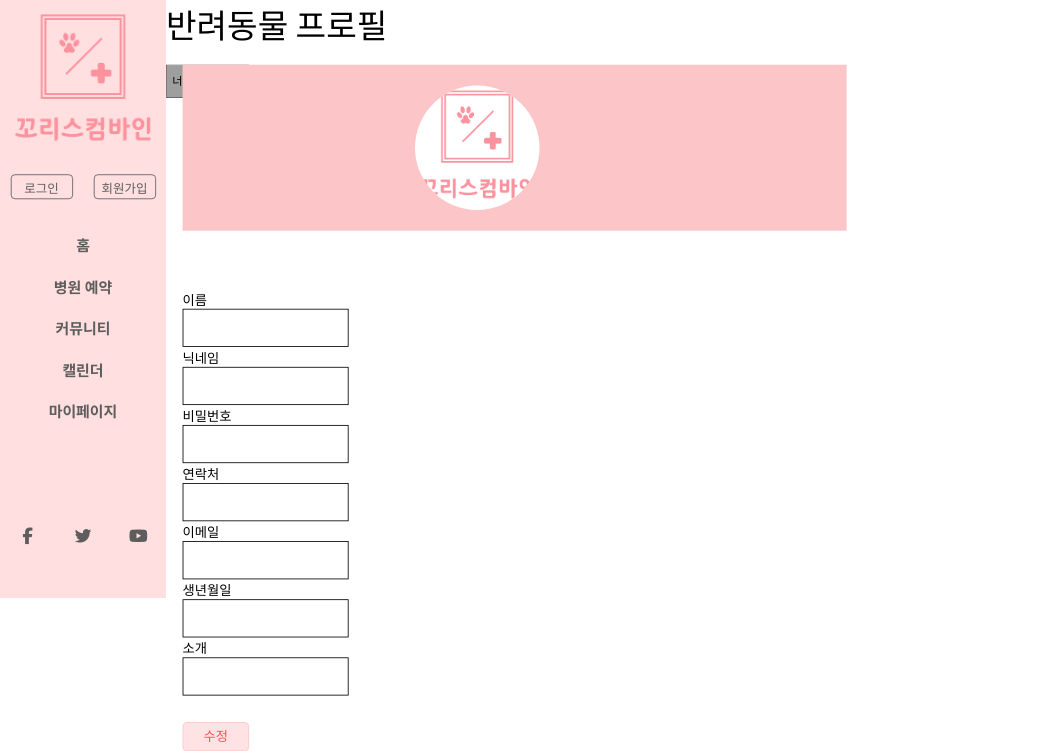
Repository: dodnam/kkoris
Page: http://localhost/1_kkoris/profile2.jsp
The author's editor kept a copy of each file at every save. The page is drawn from the files as they stood at one save, then again after the next save.
The browser window is 1280 px wide. The pictures show the whole page, at 83% of full size.
Pictures or frames that could not be fetched are drawn as grey boxes. Some web libraries are served in a nearby version. The page is served by Tomcat 9.

Above is the page before, as saved 2020-02-18 00:35:10.

### 1_kkoris/WebContent/profile2.jsp
<%@ page language="java" contentType="text/html; charset=UTF-8"
    pageEncoding="UTF-8"%>
<!DOCTYPE html>
<html>
<head>
<meta charset="UTF-8">
<title>Insert title here</title>
<link rel="stylesheet" type="text/css" href="<%= request.getContextPath() %>/css/index.css"/>
<link rel="stylesheet" type="text/css" href="<%= request.getContextPath() %>/css/layout.css"/>
<style>
	.box_con{left:20px; width:800px; height:200px; background-color:#fcc6c9; position:absolute;}
	.box{width: 150px; height:150px; border-radius:70%; overflow:hidden; background-color:#fff;margin-top:25px;margin-left:280px;}
	.profile{width: 100%; height:100%; object-fit:cover; display:block; margin:0px auto;}
	.userTitle{font-size:40px; text-align:left; top:30px;}
	.submit{line-height: 30px; text-align: center; background-color: #ffe3e4; color:#ff4e59;border: 1px solid #fcc6c9; border-radius: 5px; width: 80px; height: 35px; position: absolute;left:50%;top:20px; outline:none;}
	.boxBody{position:absolute; top:250px;margin-left:20px;}
	.submitBody{position:absolute; top:850px; margin-left:20px;}
	.select{top:500px;}
</style>
</head>
<body>
	<%@ include file="views/layout.jsp" %>
	<div class="container">
    	<div class="userTitle">
			반려동물 프로필
    	</div>

    	<div class="input-container">
    		<div class="box_con">
	    		<div class="box">
	    			<img class="profile" src="<%= request.getContextPath() %>/images/logo.png">
	    		</div>
    		</div>
    		<div class="select">
    			<select>
    				<option>너의 반려동물</option>
    				<option>고른다</option>
    			</select>
    		</div>
		    <div class="boxBody">
				<div class="input-box">
					<p class="input-label">이름</p><input type="text">
	    			<p class="input-label">닉네임</p><input type="text">
	    			<p class="input-label">비밀번호</p><input type="password">
	    			<p class="input-label">연락처</p><input type="text">
	    			<p class="input-label">이메일</p><input type="email">
	    			<p class="input-label">생년월일</p><input type="text">
	    			<p class="input-label">소개</p><input type="text">
	    		</div>
	    	</div>
    	</div>

    	<div class="submitBody">
    		<div class="submit">수정</div>
    	</div>
	</div>
</body>
</html>

### 1_kkoris/WebContent/views/layout.jsp
<%@ page language="java" contentType="text/html; charset=UTF-8"
    pageEncoding="UTF-8"%>
<!DOCTYPE html>
<html>
<head>
<meta charset="UTF-8">
<title>Insert title here</title>
<link href="https://fonts.googleapis.com/css?family=Noto+Sans+KR&display=swap" rel="stylesheet">
<script src="https://kit.fontawesome.com/18fd811fa1.js" crossorigin="anonymous"></script> <!-- sns아이콘 -->
<link rel="stylesheet" type="text/css" href="<%= request.getContextPath() %>/css/layout.css"/> <!-- 작성할 css를 연결 -->
</head>
<body>
	<header><!-- 헤더 -->
		<h1 class="logo"></h1>
		<nav>
      		<div class="login">
	        	<div><a href="#">로그인</a></div>
	        	<div><a href="#">회원가입</a></div>
	      	</div>
	      	<ul id="navigator">
	        	<li id="nav-home">
	         		<a href="#"><span>홈</span></a>
	         	</li>
	         	<li id="nav-hospital">
	         		<span>병원 예약</span>
         			<ul class="nav2-hospital" id="nav2-hospital">
         				<li><a href="#">병원 검색</a></li>
	         			<li><a href="#">예약 확인</a></li>
	         			<li><a href="#">병원 후기</a></li>
         			</ul>
	         	</li>
	         	<li id="nav-community">
	         		<span>커뮤니티</span>
         			<ul class="nav2-community" id="nav2-community">
	         			<li><a href="#">공지사항</a></li>
	         			<li><a href="#">후기 모아보기</a></li>
	         			<li><a href="#">지식 공유</a></li>
         			</ul>
	         	</li>
	         	<li id="nav-calendar">
	         		<a href="#"><span>캘린더</span></a>
	         	</li>
	         	<li id="nav-mypage">
	         		<span>마이페이지</span>
	         		<ul class="nav2-mypage" id="nav2-mypage">
		         		<li><a href="#">내 정보</a></li>
		         		<li><a href="#">예약 조회</a></li>
		         		<li><a href="#">포인트샵</a></li>
		         		<li><a href="#">내가 쓴 글 조회</a></li>
	         		</ul>
	         	</li>
	      	</ul>
		<dl>
	    	<dt class="blind">sns</dt>
	        <dd><a href="#"><i class="fab fa-facebook-f"></i></a></dd>
	        <dd><a href="#"><i class="fab fa-twitter"></i></a></dd>
	        <dd><a href="#"><i class="fab fa-youtube"></i></a></dd>
		</dl>
		</nav>
	</header>
	<footer></footer>
</body>
</html>

### 1_kkoris/WebContent/css/index.css
@charset "UTF-8";
/* 컨테이너 */
div.container{position: absolute; top:0; left:0; padding-left:200px; height:100%; width:100%; box-sizing:border-box;}
/* 섹션이 현재 1개이기 때문에 100% 2개면 200%, 3개면 300% */
/* 참고	section:nth-of-type(1) {section 중 첫번째 section에 접근} */
section.main {position:relative; height:100%; width:100%; background: url(../images/main-bg.jpg) no-repeat center center; background-size: contain;}
section.main > article.quickMenu > ul {position: absolute; top:calc(50% - 50px); left:calc(50% - 25%); width: 50%; height: 100px; display: flex;}
section.main > article.quickMenu {position: relative; width: 100%; height: 100%; background: rgba(0, 0, 0, 0.2);}
section.main > article.quickMenu > ul > li {width: 25%; height:100px;}
section.main > article.quickMenu > ul > li > a {color: #5d5d5d; display:block; font-size: 5em; text-align:center;}
section.main > article.quickMenu > ul > li > a > span {display: block; font-size: 15px;}
section.main > article.quickMenu > ul > li > a:hover {color: #fb929e;}

### 1_kkoris/WebContent/css/layout.css
@charset "UTF-8";
* {margin: 0; padding: 0; font-family: 'Noto Sans KR', sans-serif;}
*, *:before, *:after {box-sizing: border-box;}
html, body {width: 100%; height: 100%;}
table{border-collapse: collapse;}
img,fieldset{border: none;}
ol,ul{list-style: none;}
h1,h2,h3,h4,h5,h6{font-weight: normal; font-size: 100%;}
q:after,q:before{content: "";}
abbr,acronym{border:none;} /* 축약어 */
img,input,select{vertical-align: middle;}
hr{display: none;}
a {text-decoration: none; color: #000;}
header {position: fixed; width: 200px; height: 100%; background: #ffdfdf; z-index: 30;}
input{outline: none; background: none;}
.blind{position: absolute;left: 0;top: 0;width: 0;height: 0;font-size: 0;line-height: 0;text-indent: -9999px;overflow: hidden;visibility: hidden;}
.displaynone{display: none;}

/* input타입 1 (커서유입에 따른 스타일 변화)
	<div class="input-container"><label class="input-label">아이디</label><input type=""></div>
*/
div.input-container {position: relative; display: block; margin: 20px 0;}
div.input-container > input {width: 100%; height: 40px; line-height: 40px; font-size: 16px; border: none; border-bottom: 1px solid #5d5d5d;}
div.input-container.focus > input:focus {border-bottom: 1px solid #fb929e;}
label.input-label {position: absolute; font-size: 16px; transform: translateY(10px); color: #5d5d5d; transition: transform 0.2s ease; z-index: -1;}
div.input-container.focus > label.input-label {font-size: 12px; transform: translateY(-5px); text-transform: uppercase;}
div.input-container.focus.on > label.input-label {color: #fb929e;}

/* input타입 2 (박스형)
	<div class="input-box"><p class="input-label">라벨명</p><input type=""></div>
*/
div.input-box {position: relative; display: block; margin: 20px 0;}
div.input-box > input {width: 100%; padding: 10px; font-size: 16px; border: 1px solid #000;}
p.input-label {font-size: 16px; color: #000;}
p.input-info {font-size: 14px; color: #5d5d5d;}

/* input radio
	<input type="radio" name="test"><label class="radioLabel">라벨명1</label>
	<input type="radio" name="test"><label class="radioLabel">라벨명2</label>
*/
input[type=radio] {display: none;}
label.radioLabel {display: inline-block; position: relative; padding: 0 30px; cursor: pointer; line-height: 18px;}
label.radioLabel:before, label.radioLabel:after {position: absolute; border-radius: 50%; content: '';}
label.radioLabel:before {left: 0; top: 0; width: 18px; height: 18px; border: 2px solid #000;}
label.radioLabel:after {top: 5px; left: 5px; width: 8px; height: 8px; background: #fb929e; transform: scale(0);}
input[type="radio"]:checked + label.radioLabel:before {border-color: #fb929e; }
input[type="radio"]:checked + label.radioLabel:after {transform: scale(1);}

/* input submit
	<form>에서 submit되는 버튼을 위한 css (단, 검색 등의 다른 버튼은 blue베이스 스타일로 사용)
*/
div.input-submit {display: block; text-align: center; padding: 15px;}
input[type="submit"] {min-width: 50px; height: 30px; cursor: pointer; background: #ffdfdf; color: #5d5d5d; font-size: 14px; font-weight: 600; border: none; border-radius: 5px;}
input[type="submit"]:hover {background: #fb929e; color: #fff;}

/* select 옵션  */
div > select {font-size: 10pt; width: 100px; padding: .7em .5em; font-family: inherit; background: url(https://farm1.staticflickr.com/379/19928272501_4ef877c265_t.jpg) no-repeat 95% 50%; -webkit-appearance: none; -moz-appearance: none; appearance: none; outline:none; border:1px solid #5d5d5d;}

/* input 검색 (class="search_input") */
div > span > input.search_input{width: 250px;  padding: 12px 24px; font-size: 14px; line-height: 18px; color: #575756; background-size: 18px 18px; border-radius: 50px; border: 1px solid #5d5d5d; backface-visibility: hidden; right:20px; outline:none;}


/* 영역
	<div class="container">		// 아래css 외에 특정 스타일을 주어야할 때, 클래스를 추가로 부여하여 사용했음 (ex. class="container login")
		<div class="contents">
			구현 영역
		</div>
	</div>
*/
div.container {position: absolute; top:0; left:0; padding-left:200px; width: 100%; height: 100%; margin: 0 auto; box-sizing: border-box;}
div.contents {position:relative; margin: 0 auto;}
div.contents > h2 {font-weight: 700; font-size: 30px; color: #000; padding: 15px 0; text-align: center;}


/** 헤더 **/
h1.logo {
	text-indent: -9999px; overflow: hidden; width: 180px; height: 180px;
	margin: 10px auto; /* auto는 중앙에 놓음 */
	background: url(../images/logo.png) no-repeat; background-size: contain; /*contain = h1 사이즈에 맞춤*/
}
nav > div.login {display: flex; justify-content:space-around; font-size: 15px;}
				/*블락요소로 가로 정렬 함*/
nav > div.login > div {width: 75px; height: 30px;} /* 위 아래 마진, 좌 우 마진*/
nav > div.login > div > a {display: block; width: 100%; height: 100%; line-height: 30px; text-align: center; border: 1px solid #5d5d5d; border-radius: 5px;}
nav > div.login > div > a:hover {color: #fb929e; border: none; background: #fff6f6; font-weight: 600}

/* 메뉴 */
nav {margin-top: 20px;}
nav * {color: #5d5d5d;}
nav > ul {margin-top: 30px; text-align: center;}
nav > ul > li {width: 100%;}
nav > ul > li:hover {background: #fff6f6;}
nav > ul > li span {display:block; width: 100%; height: 100%; line-height: 50px; font-size: 18px; font-weight: 600; border-radius: 10px; cursor: pointer;}
nav > ul > li span:hover {color: #fb929e;}

nav > ul > li > ul[class^=nav2] {display: none;}
nav > ul > li > ul[class^=nav2] > li > a {display: block; line-height: 40px; font-size: 16px;}
nav > ul > li > ul[class^=nav2] > li > a:hover {color: #fb929e; font-weight: 600;}

nav > ul > li:hover > ul[class^=nav2] {display: block;}

/* sns */
nav > dl {position:absolute; bottom:50px; width:100%; height:50px; display:flex; justify-content:space-around;}
nav > dl > dd {width:50px; text-align:center;}
nav > dl > dd > a {display: block; width: 100%; height:100%; font-size:20px; line-height:50px; transition:all 0.2s ease 0s;}
nav > dl > dd > a:hover {font-size:25px;}

footer {position: fixed; bottom: 10px;}

After the next save:
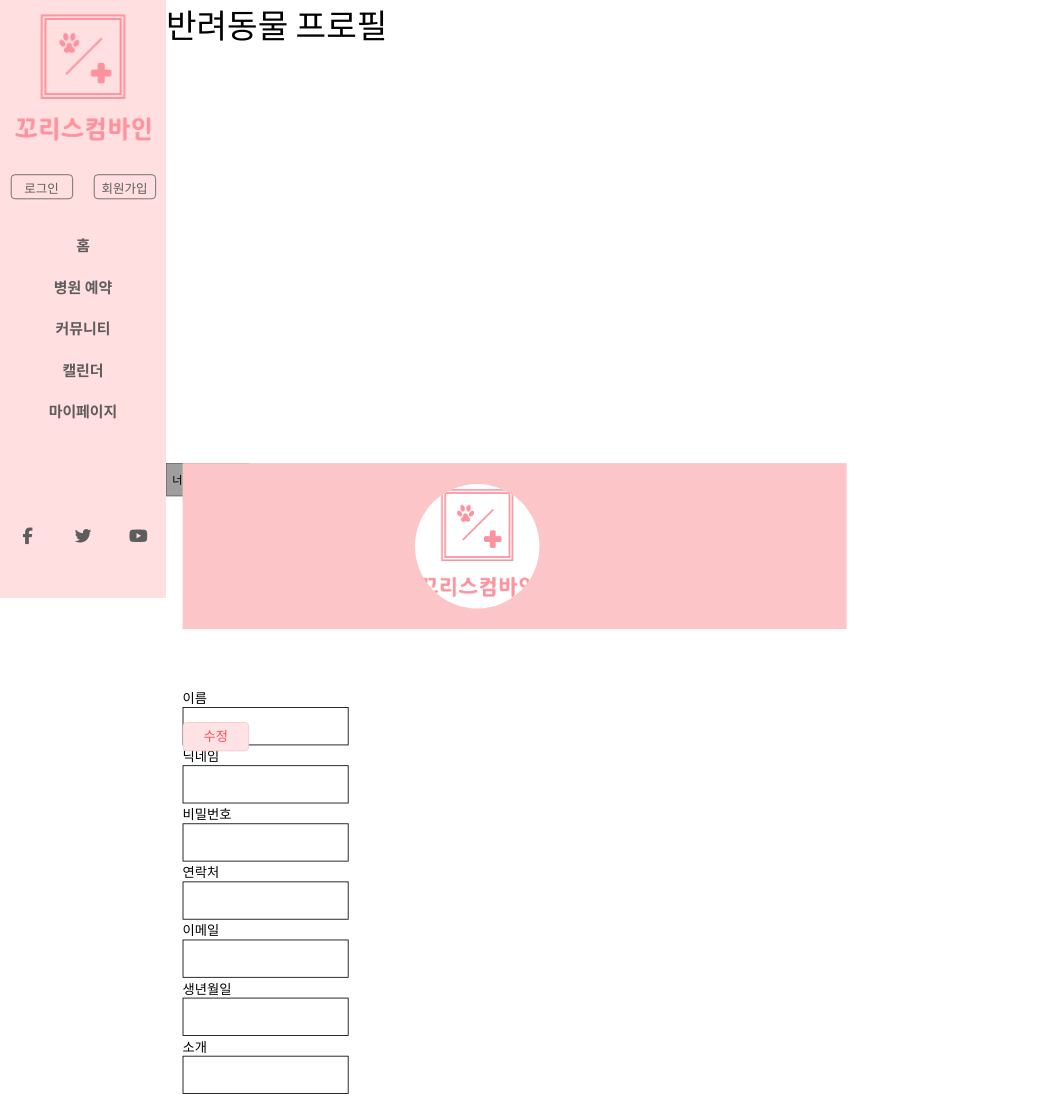
Saved 14 s later.
--- a/1_kkoris/WebContent/profile2.jsp
+++ b/1_kkoris/WebContent/profile2.jsp
@@ -15,7 +15,7 @@
 	.submit{line-height: 30px; text-align: center; background-color: #ffe3e4; color:#ff4e59;border: 1px solid #fcc6c9; border-radius: 5px; width: 80px; height: 35px; position: absolute;left:50%;top:20px; outline:none;}
 	.boxBody{position:absolute; top:250px;margin-left:20px;}
 	.submitBody{position:absolute; top:850px; margin-left:20px;}
-	.select{top:500px;}
+	.select{margin-top:500px;}
 </style>
 </head>
 <body>
